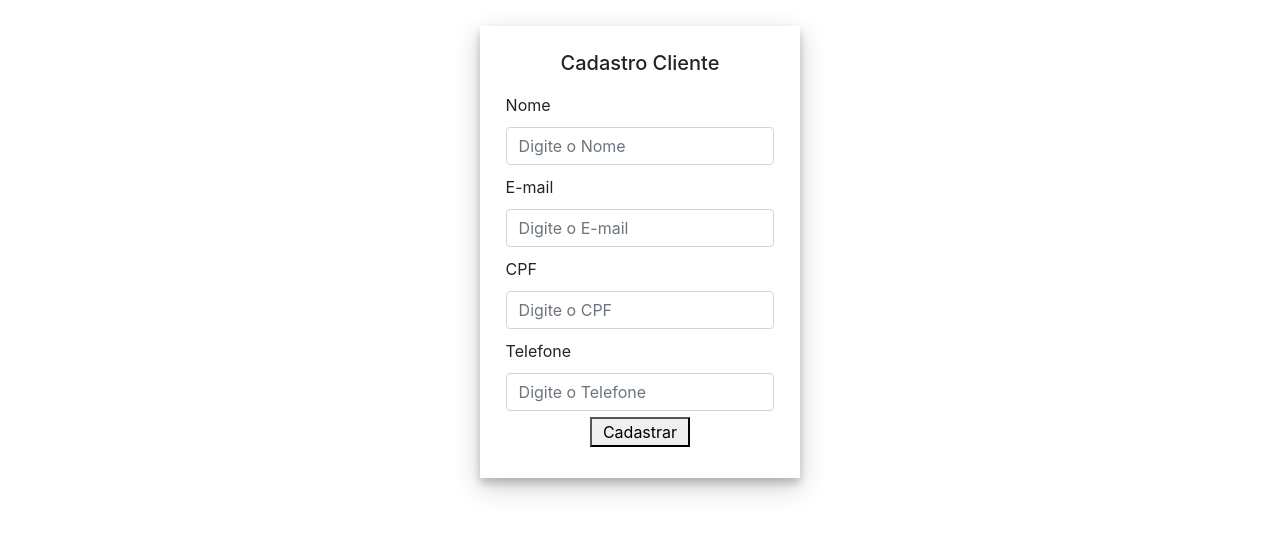
Repository: gabrielfeliphe/AssistenciaTecnica
Page: PI-AssistenciaTecnica/WebContent/pages/recepcao/funcao/cadastro_cliente.html
The author's editor kept a copy of each file at every save. The page is drawn from the files as they stood at one save, then again after the next save.
The browser window is 1280 px wide. The pictures show the whole page.
Some web libraries are served in a nearby version.

Above is the page before, as saved 2021-10-21 23:18:49.
Console error: TypeError: Cannot read properties of undefined (reading 'fn')

After the next save:
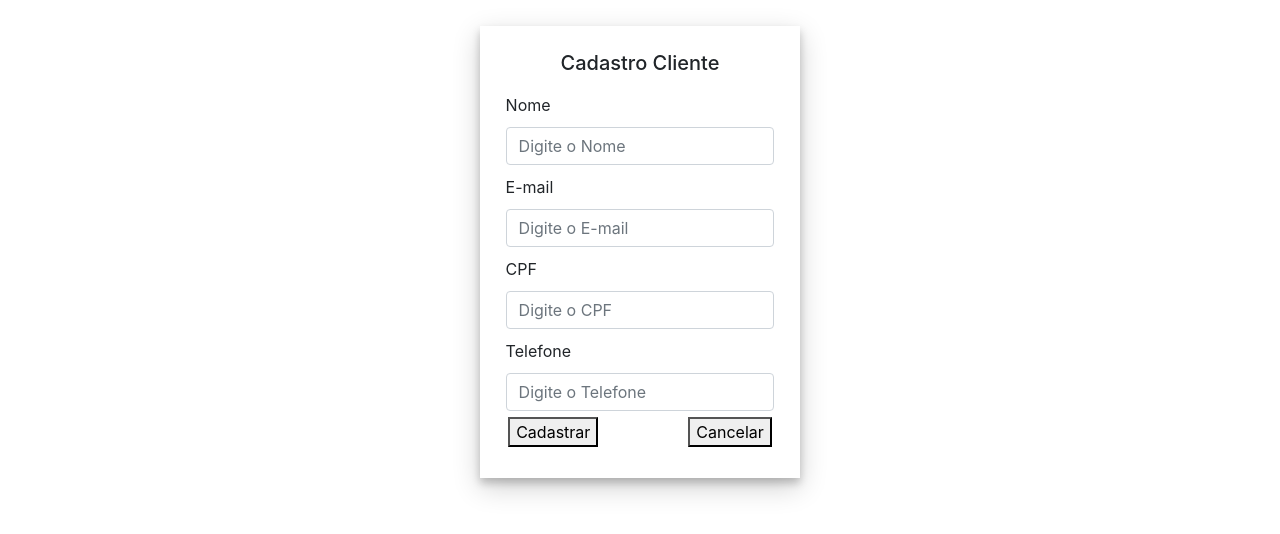
Saved 59 s later.
--- a/PI-AssistenciaTecnica/WebContent/pages/recepcao/funcao/cadastro_cliente.html
+++ b/PI-AssistenciaTecnica/WebContent/pages/recepcao/funcao/cadastro_cliente.html
@@ -30,6 +30,8 @@
 
 	<div class="botoes">
 <button type="button">Cadastrar</button>
+<button type="button">Cancelar</button>
+
 </div>
 	</div>
 
